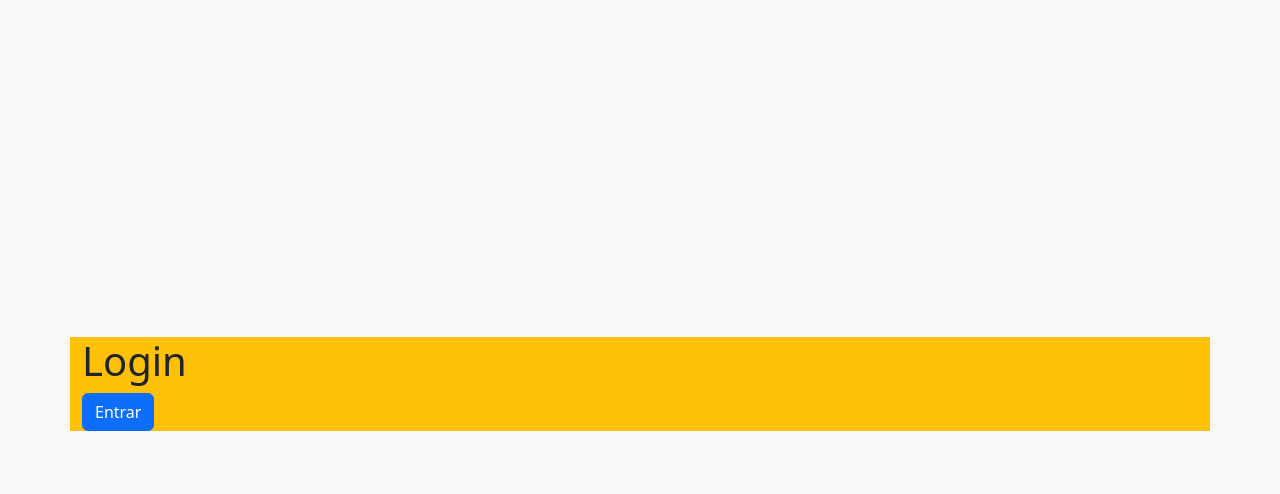
Repository: gabrielwodtke282/PetShop-fofinhos
Page: front-end/index.html
These files come from the project's save history. The page is drawn as it stood at one moment and after the next save; the edit follows.
The browser window is 1280 px wide. The pictures show the whole page.

Above is the page before, as saved 2026-03-23 09:33:05.

### front-end/index.html
<!DOCTYPE html>
<html lang="pt-BR">
<head>
    <meta charset="UTF-8">
    <meta name="viewport" content="width=device-width, initial-scale=1.0">
    <title>Fofinhos Petshop</title>

    <link href="https://cdn.jsdelivr.net/npm/bootstrap@5.3.8/dist/css/bootstrap.min.css" rel="stylesheet">
</head>
<body class="d-flex justify-content-center align-items-center vh-100 bg-light">

    <div class="container bg-warning mt-5">
        <h1>Login</h1>
        <button class="btn btn-primary">Entrar</button>
    </div>

</body>
</html>

After the next save:
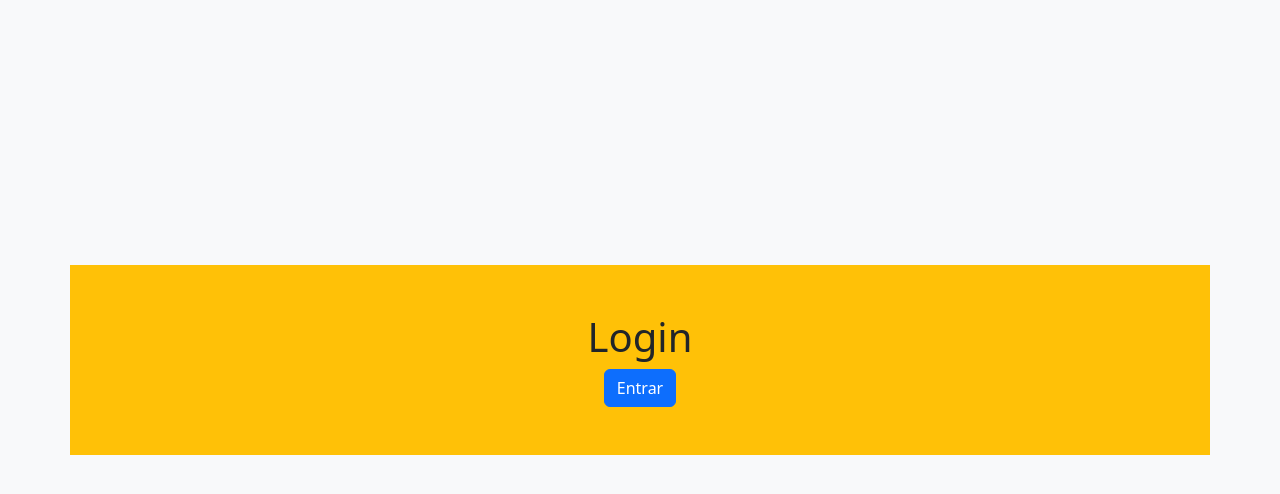
Saved 22 s later.
--- a/front-end/index.html
+++ b/front-end/index.html
@@ -9,7 +9,7 @@
 </head>
 <body class="d-flex justify-content-center align-items-center vh-100 bg-light">
 
-    <div class="container bg-warning mt-5">
+    <div class="container bg-warning p-5 text-center">
         <h1>Login</h1>
         <button class="btn btn-primary">Entrar</button>
     </div>
